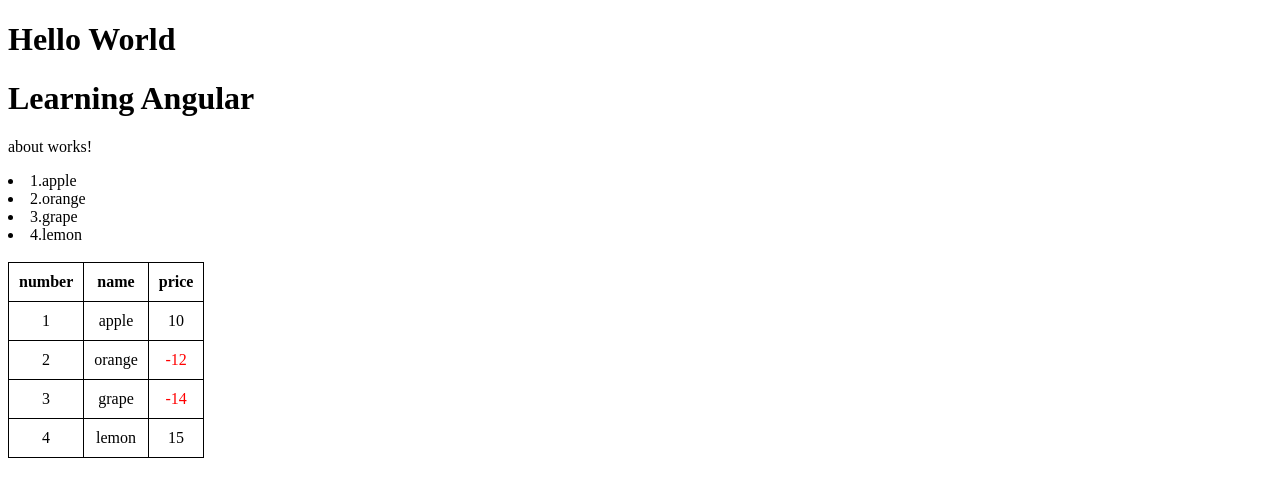
Repository: PhamTrungNguyen/Angular12
Page: / (app in Angular/)
An editor plug-in stored every save of this project. The page is shown before and after the next save, followed by the edit.
The browser window is 1280 px wide. The pictures show the whole page.
The project was rebuilt for these pictures with package versions that can differ from the ones it lists, and the page was loaded fresh each time. Also part of the build but not shown: Angular/angular.json, Angular/src/app/home/home.component.ts.

Above is the page before, as saved 2022-12-31 23:18:35.

### Angular/src/app/app.module.ts
import { NgModule } from '@angular/core';
import { BrowserModule } from '@angular/platform-browser';

import { AppRoutingModule } from './app-routing.module';
import { AppComponent } from './app.component';
import { HomeComponent } from './home/home.component';
import { AboutComponent } from './about/about.component';
import { FormsModule } from '@angular/forms';
@NgModule({
  declarations: [AppComponent, HomeComponent, AboutComponent],
  imports: [BrowserModule, AppRoutingModule, FormsModule],
  providers: [],
  bootstrap: [AppComponent],
})
export class AppModule {}

### Angular/src/app/about/about.component.ts
import { Component } from '@angular/core';

@Component({
  selector: 'app-about',
  templateUrl: './about.component.html',
  styleUrls: ['./about.component.scss'],
})
export class AboutComponent {
  public fruit = ['apple', 'orange', 'grape', 'lemon'];
  public fruit2 = [
    { name: 'apple', price: 10 },
    { name: 'orange', price: -12 },
    { name: 'grape', price: -14 },
    { name: 'lemon', price: 15 },
  ];

  public ngOnInit(): void {
    console.log('Fruit', this.fruit);
  }
}

### Angular/src/app/app.component.html
<h1>Hello World</h1>
<h1>Learning Angular</h1>
<!-- <app-home></app-home> -->
<app-about></app-about>

### Angular/src/app/about/about.component.html
<p>about works!</p>
<div *ngFor="let item of fruit; let i=index">
    <li>{{i+1}}.{{ item }}</li>
</div>
<br>
<table class="table">
    <thead>
        <tr>
            <th>number</th>
            <th>name</th>
            <th>price</th>
        </tr>
    </thead>
    <tbody>
        <tr *ngFor="let item of fruit2; let i=index">
            <td>{{i+1}}</td>
            <td>{{item.name}}</td>
            <td>
                <span [ngClass]="{'text' : item.price <0}">

                    {{item.price}}
                </span>
            </td>
        </tr>
    </tbody>
</table>

### Angular/src/app/about/about.component.scss
.table,
td,
th {
  border-collapse: collapse;
  border: 1px solid #000;
  padding: 10px;
  text-align: center;
}
.text {
  color: red;
}

Loaded but not shown: Angular/src/index.html (common file); Angular/src/styles.scss (common file); Angular/src/main.ts (common file); Angular/src/app/app-routing.module.ts (common file); Angular/src/app/app.component.ts (common file); Angular/src/app/app.component.scss (no stored copy; drawn as an empty file)

After the next save:
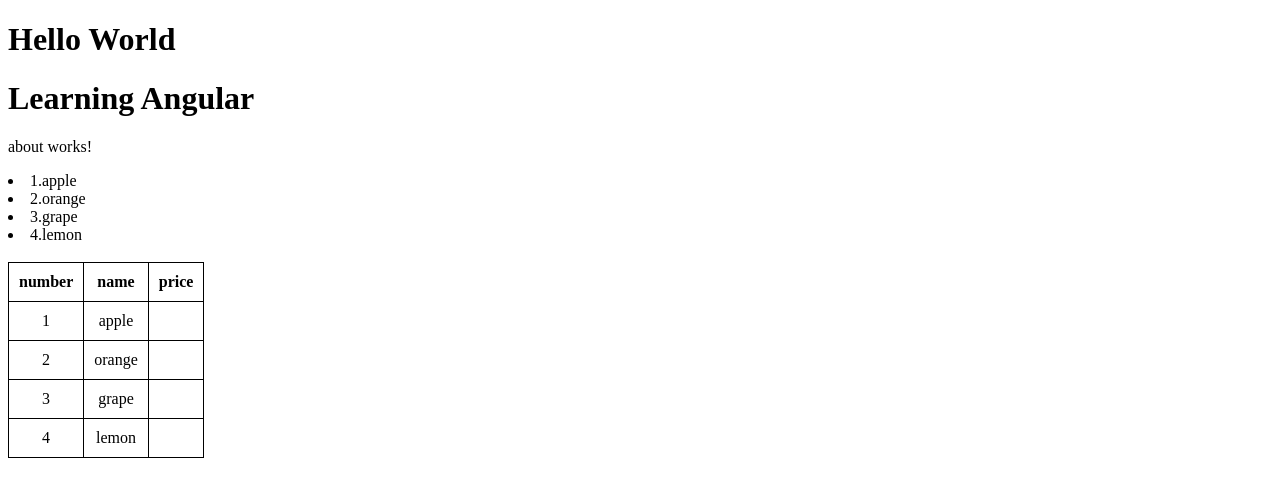
Saved 2 min 12 s later.
--- a/Angular/src/app/about/about.component.html
+++ b/Angular/src/app/about/about.component.html
@@ -16,7 +16,8 @@
             <td>{{i+1}}</td>
             <td>{{item.name}}</td>
             <td>
-                <span [ngClass]="{'text' : item.price <0}">
+                <!-- <span [ngClass]="{'text' : item.price <0}"> -->
+                <span *ngIf="">
 
                     {{item.price}}
                 </span>
